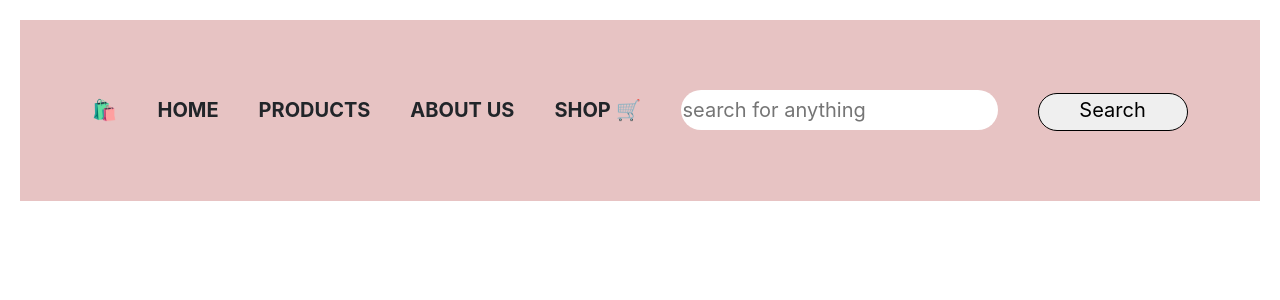
Repository: thf4/Project-Shop
Page: /
The author's editor kept a copy of each file at every save. The page is drawn from the files as they stood at one save, then again after the next save.
The browser window is 1280 px wide. The pictures show the whole page.
The project was rebuilt for these pictures with package versions that can differ from the ones it lists, and the page was loaded fresh each time.

Above is the page before, as saved 2021-04-22 11:52:44.

### src/index.js
import React from 'react';
import ReactDOM from 'react-dom';
import 'bootstrap/dist/css/bootstrap.min.css';
import App from './App'


ReactDOM.render(
  <React.StrictMode>
   <App />
  </React.StrictMode>,
  document.getElementById('root')
);

### src/App.js
import './App.css'

function App() {
  return (
    <div className="App">
      <header className="App-header">

        <ul id="Lista">
          <li>🛍</li>
          <li> HOME </li>
          <li> PRODUCTS </li>
          <li> ABOUT US</li>
          <li> SHOP 🛒</li>
          <li><input type="text" id="area-find" placeholder="search for anything"/></li>
          <li><button id="button" for="input" >Search</button></li>
        </ul>

      </header>
    </div>
  );
}

export default App;

### src/App.css
.App{
  width: 100%;
  height: auto;
  padding: 20px;
}

#Lista{
  list-style-type: none;
  margin: 0;

  font-weight: bold;
  text-align: center;
  padding: 50px 50px;
}
li{
 display: inline-block;
 font-size: 20px;
 padding: 20px;

}
li:hover{
  color: rgb(209, 9, 59);
}
#button{
  border-radius: 30px;
  border-style: groove;
  border-width: 1px;
  height: 35px;
  width: 150px;
  padding-bottom:35px;
}

#area-find{
  border: 25px;
  border-radius: 50px;
  height: 40px;
  width: 100%;
}
#button:hover{
  border-style: hidden;
}
.App-header{

  background-color: #a0171741;
}

Loaded but not shown: public/index.html (common file)

After the next save:
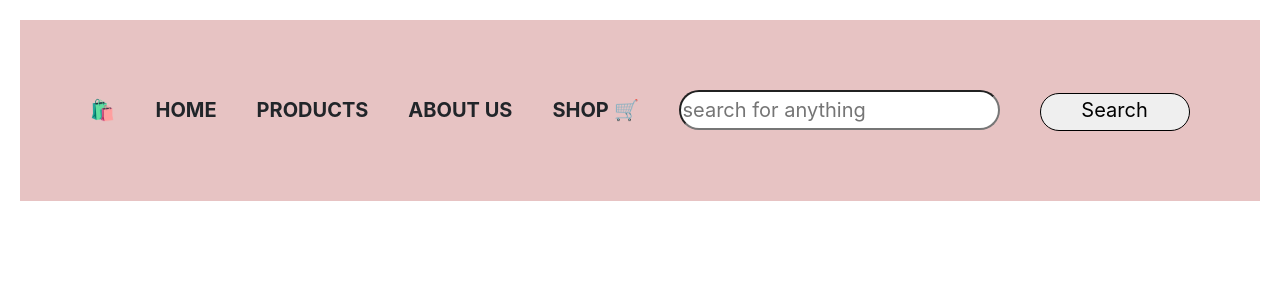
Saved 18 s later.
--- a/src/App.css
+++ b/src/App.css
@@ -31,7 +31,7 @@ li:hover{
 }
 
 #area-find{
-  border: 25px;
+
   border-radius: 50px;
   height: 40px;
   width: 100%;
